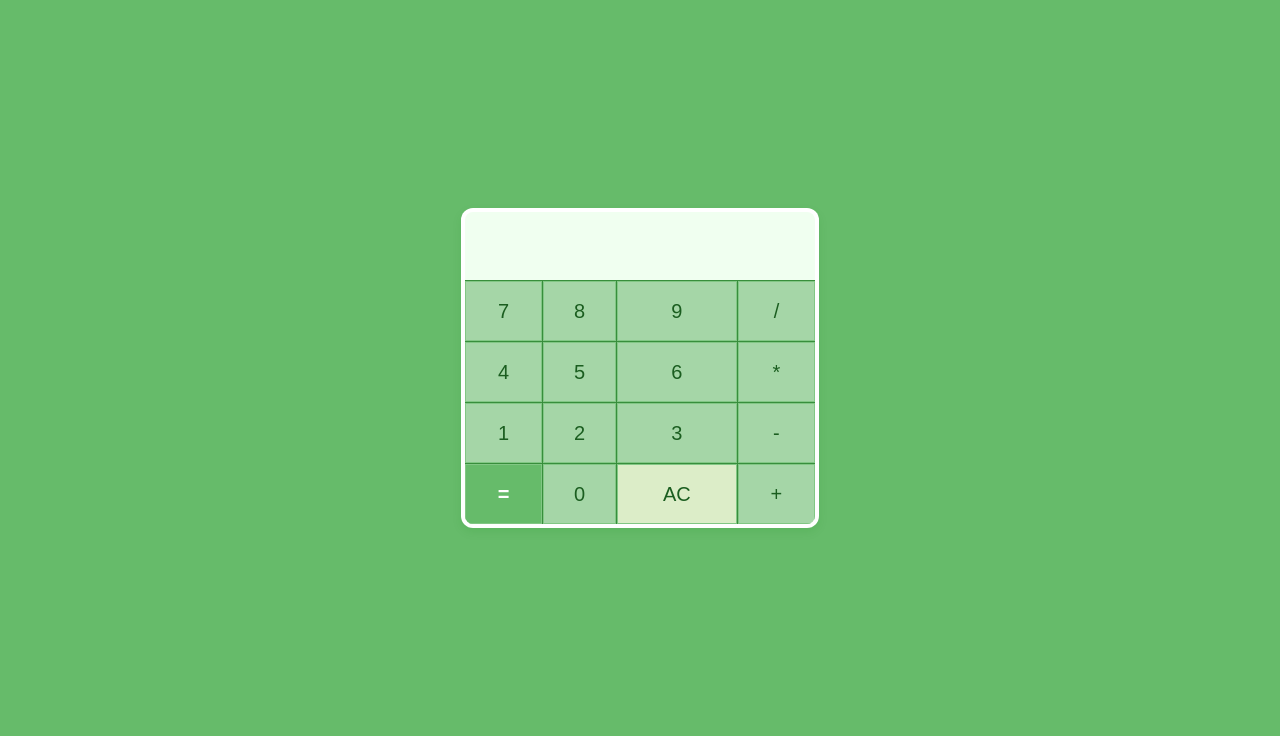
Repository: Yejin-source/st-work
Page: join/src/main/webapp/cal.html
An editor plug-in stored every save of this project. The page is shown before and after the next save, followed by the edit.
The browser window is 1280 px wide. The pictures show the whole page.

Above is the page before, as saved 2025-04-30 08:50:21.

After the next save:
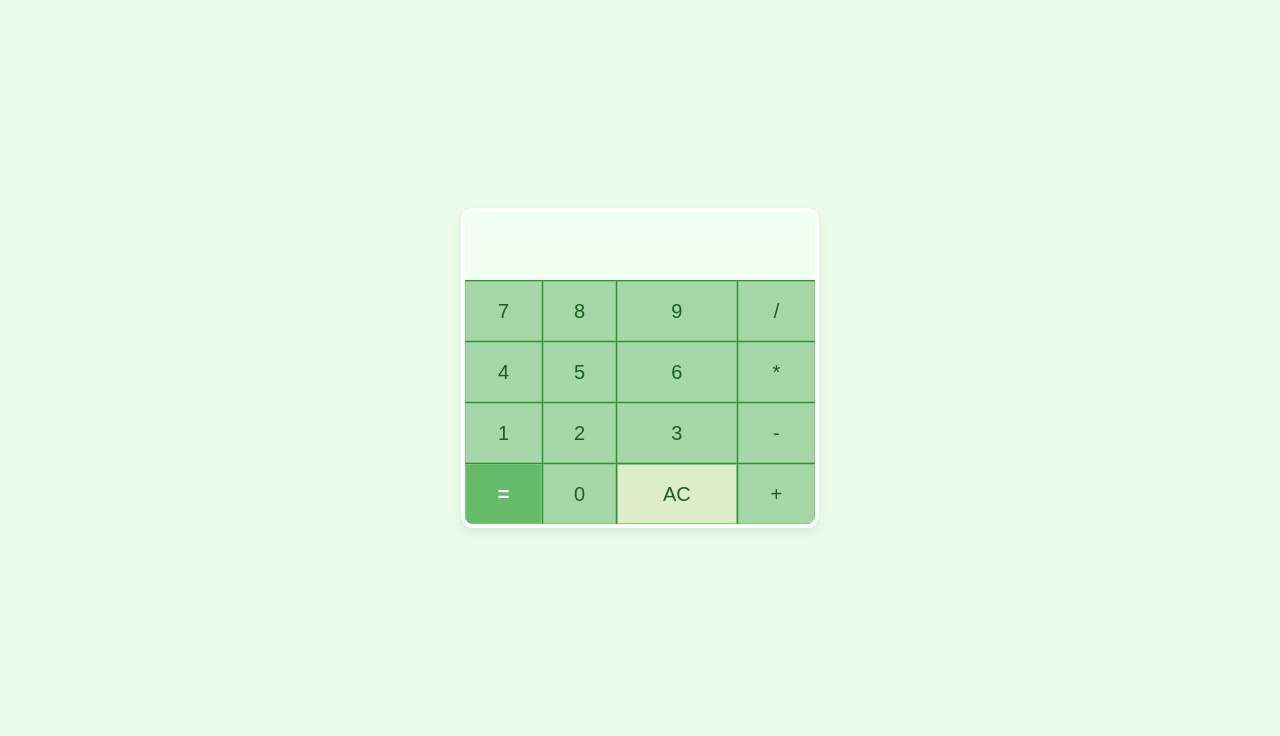
Saved 11 s later.
--- a/join/src/main/webapp/cal.html
+++ b/join/src/main/webapp/cal.html
@@ -5,7 +5,7 @@
 <title>Insert title here</title>
   <style>
     body {
-      background-color: #66bb6a; /* 아주 연한 초록-민트 */
+      background-color: #e9fce9; /* 아주 연한 초록-민트 */
       font-family: 'Segoe UI', sans-serif;
       display: flex;
       justify-content: center;
